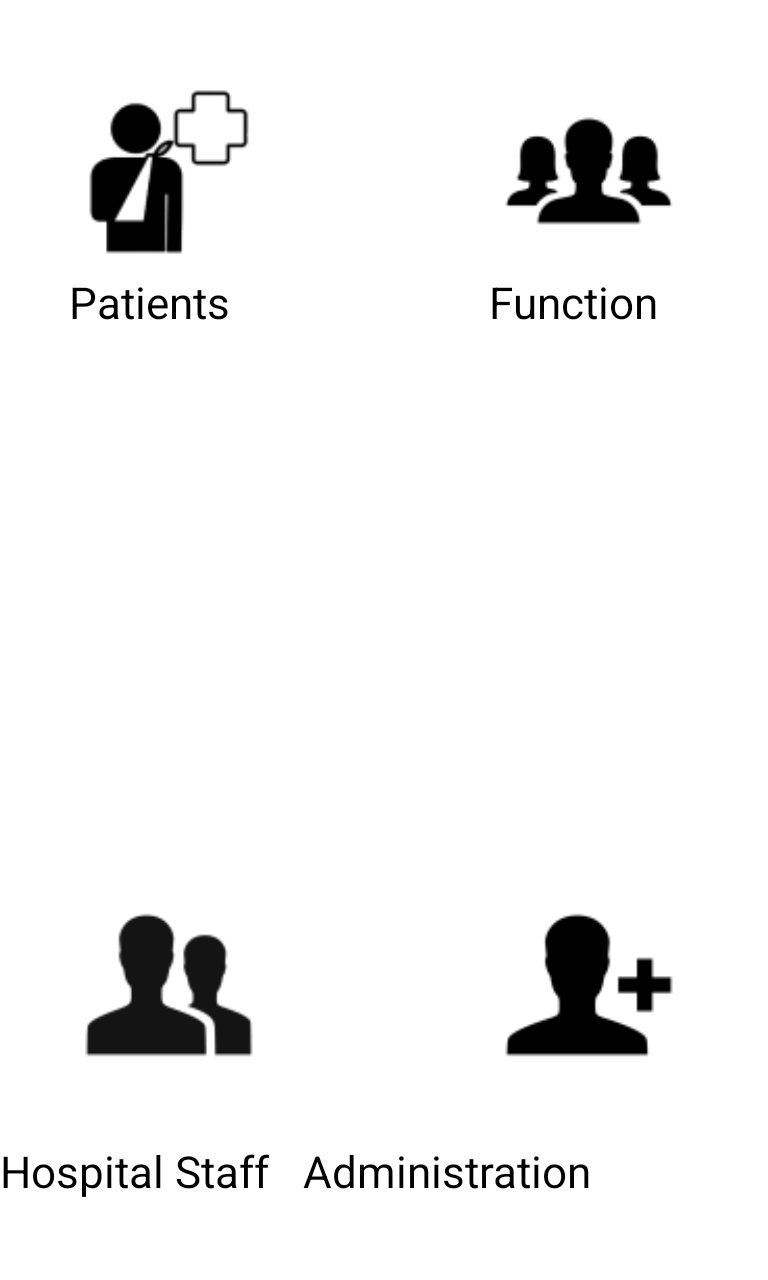
Repository: erwasambo/greendevelopment
Layout: GreenDevelopment/NASCuisine/res/layout/dashboard.xml
The author's editor kept a copy of each file at every save. The layout is drawn from the files as they stood at one save, then again after a run of saves.
It is drawn on a 768 x 1280 px phone screen (xhdpi) without system bars, with theme AppTheme; the app's code is not run.

Above is the layout before, as saved 2013-12-03 05:02:13.

After the next 2 saves:
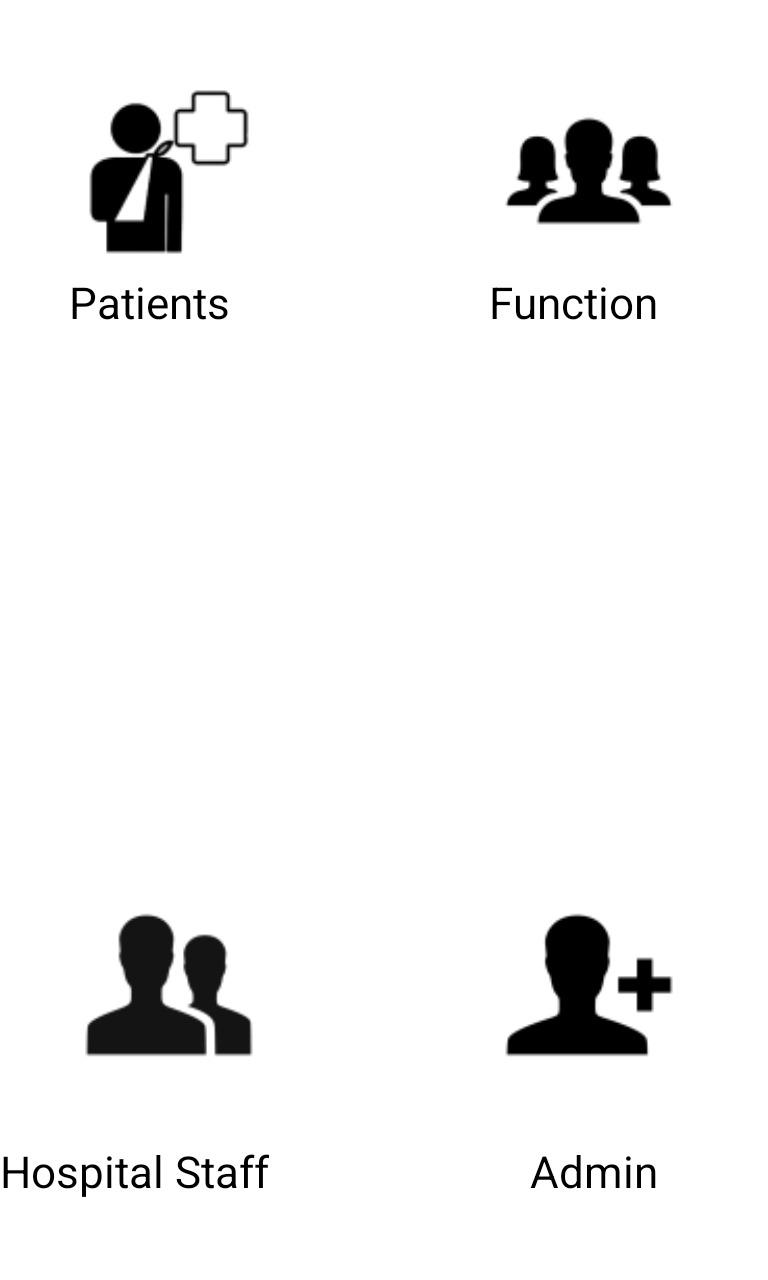
The 2 saves are shown as one change because 1 did not build or start.
The last was saved 2 min 9 s later.
--- a/GreenDevelopment/NASCuisine/res/layout/dashboard.xml
+++ b/GreenDevelopment/NASCuisine/res/layout/dashboard.xml
@@ -73,9 +73,8 @@
         android:layout_height="wrap_content"
         android:layout_alignBaseline="@+id/TextView01"
         android:layout_alignBottom="@+id/TextView01"
-        android:layout_marginLeft="17dp"
-        android:layout_toRightOf="@+id/TextView01"
-        android:text="@string/administration"
+        android:layout_alignRight="@+id/textView3"
+        android:text="@string/admin"
         android:textAppearance="?android:attr/textAppearanceLarge" />
 
 </RelativeLayout>
--- a/GreenDevelopment/NASCuisine/res/values/strings.xml
+++ b/GreenDevelopment/NASCuisine/res/values/strings.xml
@@ -149,7 +149,6 @@
 	<string name="lourdel">Lourdel</string>
 	<string name="mccauley">McCauley</string>
 	<string name="renal">Renal Unit</string>
-	<string name="administration">Administration</string>
 
 
 
